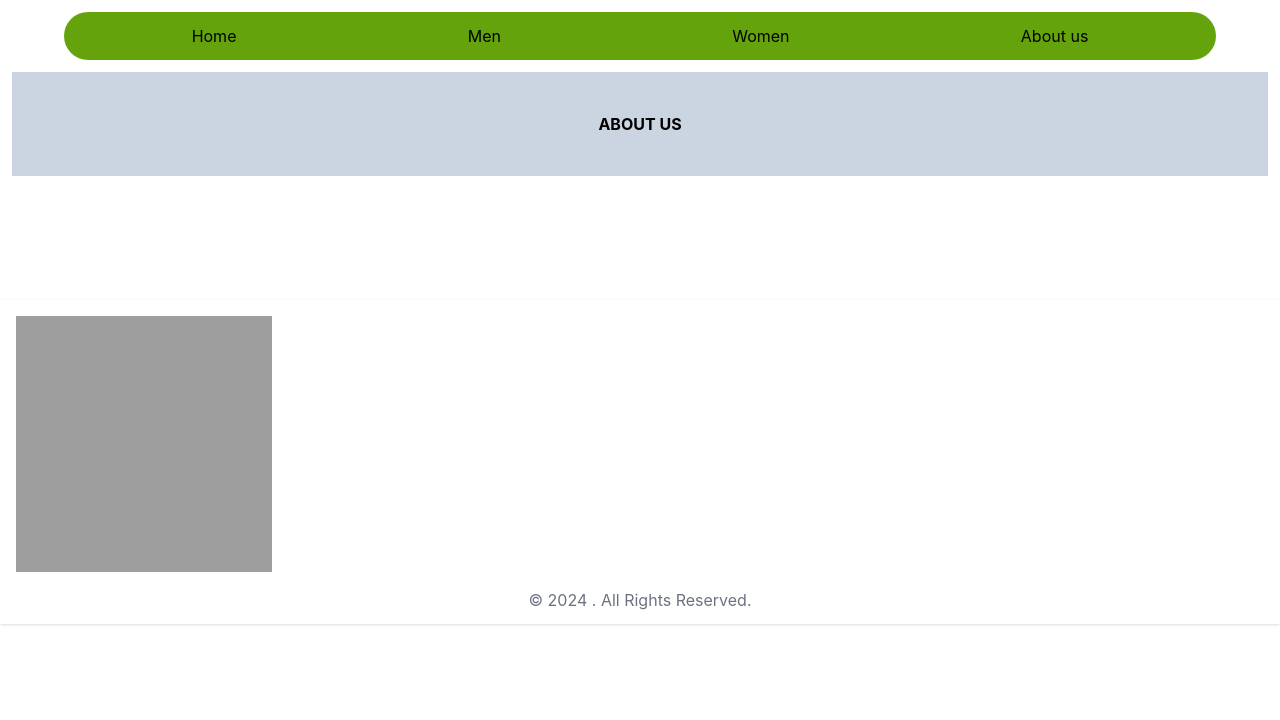
Repository: Mohankkanth/StyleIn_ShoppingSite
Page: /AboutUs
These files come from the project's save history. The page is drawn as it stood at one moment and after a run of saves; the edit follows.
The browser window is 1280 px wide. The pictures show the whole page.
Pictures or frames that could not be fetched are drawn as grey boxes. The project was rebuilt for these pictures with package versions that can differ from the ones it lists, and the page was loaded fresh each time. Also part of the build but not shown: vite.config.js, src/component/Home/Home.jsx, src/component/api/MenProducts.jsx, src/component/Men/Men.jsx, src/component/Women/Women.jsx, src/component/api/KidsProducts.jsx, src/component/Kids/Kids.jsx, src/component/Errorpage/Errorpage.jsx and 18 more.

Above is the page before, as saved 2024-11-23 13:56:19.

After the next 2 saves:
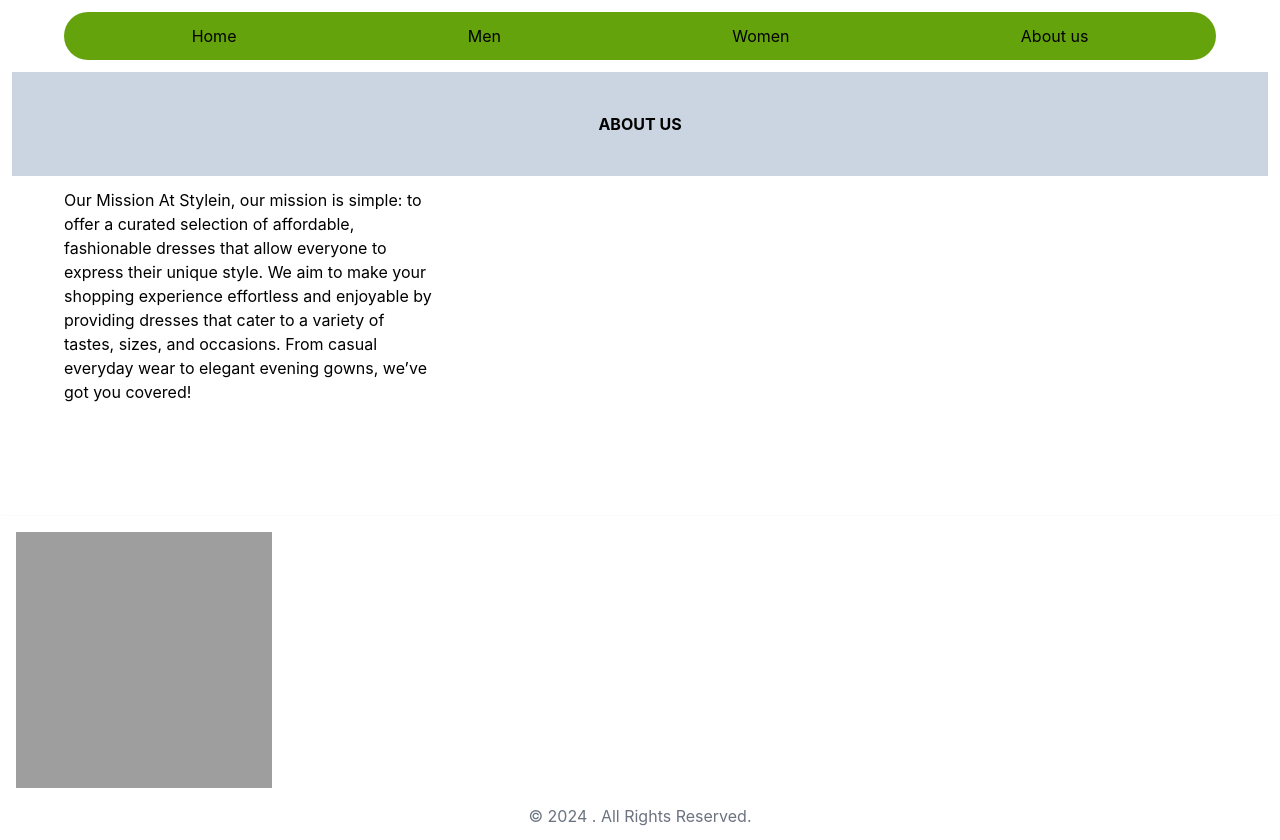
The 2 saves are shown as one change because they came seconds apart.
The last was saved 43 s later.
--- a/src/component/AboutUs/Aboutus.jsx
+++ b/src/component/AboutUs/Aboutus.jsx
@@ -9,7 +9,8 @@
 
                 <div className=" w-[90%]  mx-auto grid grid-cols-2 md:grid-cols-3 gap-4 ">
                     <div>
-
+                       <p>Our Mission
+                       At Stylein, our mission is simple: to offer a curated selection of affordable, fashionable dresses that allow everyone to express their unique style. We aim to make your shopping experience effortless and enjoyable by providing dresses that cater to a variety of tastes, sizes, and occasions. From casual everyday wear to elegant evening gowns, we’ve got you covered!</p>
                     </div>
                 </div>
             </div>
